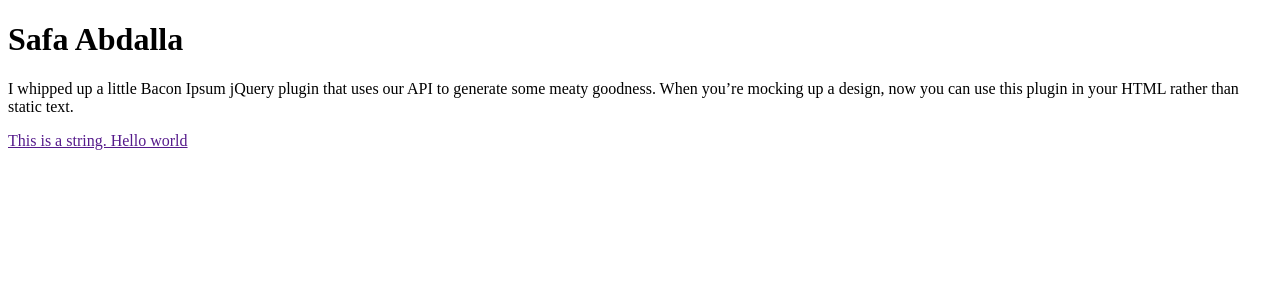
Repository: safaaa01/test
Page: http://localhost/labwork/lab1.php
The author's editor kept a record of every edit. The page is drawn from the files as they stood at one moment, then again after the next edit.
The browser window is 1280 px wide. The pictures show the whole page.
The page is run by PHP 8.4 with error messages shown; the project is at /var/www/html/.

Above is the page before.

### labwork/lab1.php
<!doctype html>
<html>
<head>
<title> Labwork 1: Hello World</title>
<!--Lab1,
Safa Abdalla,
08/28/2019 --></head>
<body>
<h1>Safa Abdalla</h1>
<p>I whipped up a little Bacon Ipsum jQuery plugin that uses our API to
generate some meaty goodness.  When you’re mocking up a design,
now you can use this plugin in your HTML rather than static text.</p>

<?php
echo '<a href="">This is a string. Hello world';
?>
</body>
</html>

After the next edit:
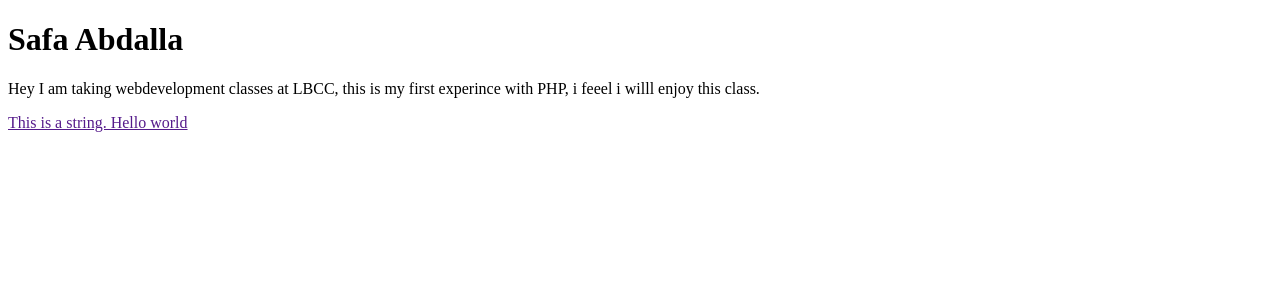
The edit:
--- a/labwork/lab1.php
+++ b/labwork/lab1.php
@@ -7,9 +7,9 @@
 08/28/2019 --></head>
 <body>
 <h1>Safa Abdalla</h1>
-<p>I whipped up a little Bacon Ipsum jQuery plugin that uses our API to
-generate some meaty goodness.  When you’re mocking up a design,
-now you can use this plugin in your HTML rather than static text.</p>
+<p>Hey I am taking webdevelopment classes at LBCC,
+this is my first experince with PHP,
+i feeel i willl enjoy this class.</p>
 
 <?php
 echo '<a href="">This is a string. Hello world';
